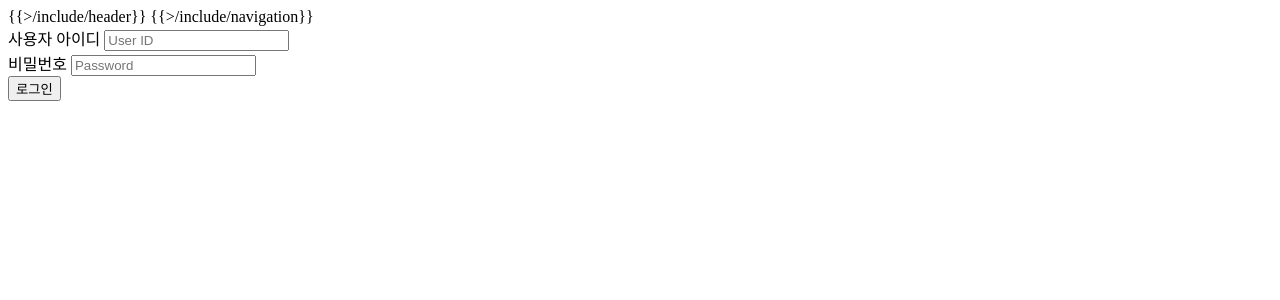
Repository: moonseoklee/SpringbootEx2
Page: my-slipp/src/main/resources/static/user/login.html
The author's editor kept a copy of each file at every save. The page is drawn from the files as they stood at one save, then again after the next save.
The browser window is 1280 px wide. The pictures show the whole page.

Above is the page before, as saved 2019-08-13 02:18:13.

After the next save:
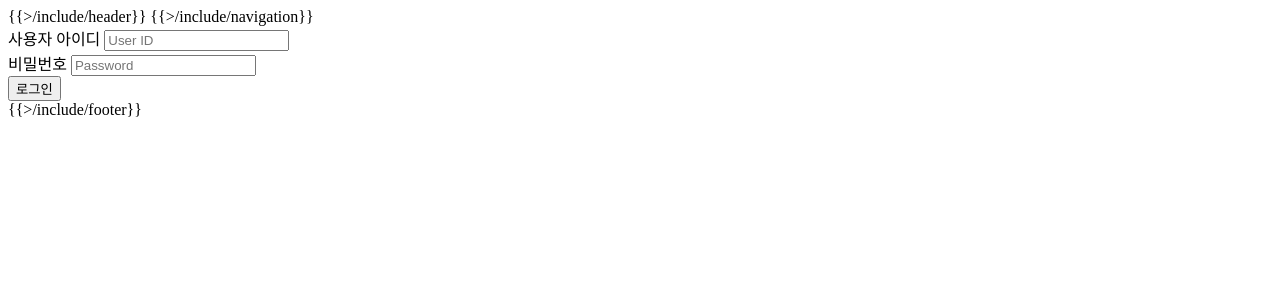
Saved 14 s later.
--- a/my-slipp/src/main/resources/static/user/login.html
+++ b/my-slipp/src/main/resources/static/user/login.html
@@ -29,10 +29,6 @@
         </div>
     </div>
 </div>
-
-<!-- script references -->
-<script src="../js/jquery-2.2.0.min.js"></script>
-<script src="../js/bootstrap.min.js"></script>
-<script src="../js/scripts.js"></script>
+{{>/include/footer}}
 	</body>
 </html>
